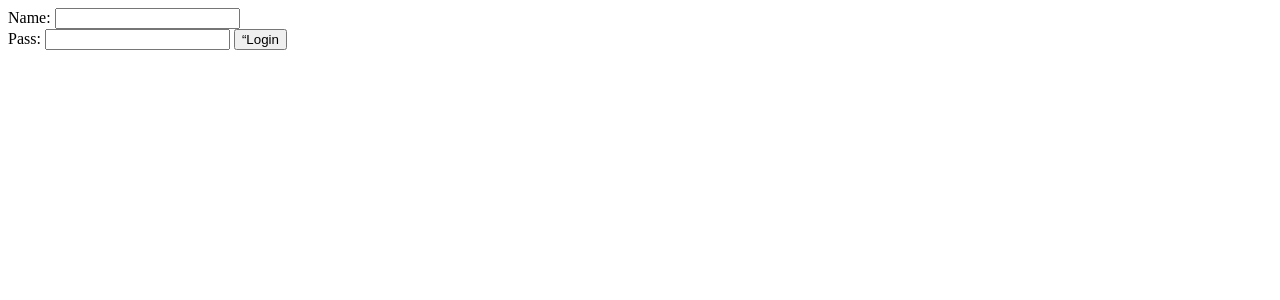
Repository: 1105trxc/LapTrinhWeb-2526
Page: HelloWorld/src/main/webapp/Login.html
An editor plug-in stored every save of this project. The page is shown before and after the next save, followed by the edit.
The browser window is 1280 px wide. The pictures show the whole page.

Above is the page before, as saved 2025-08-20 07:32:19.

After the next save:
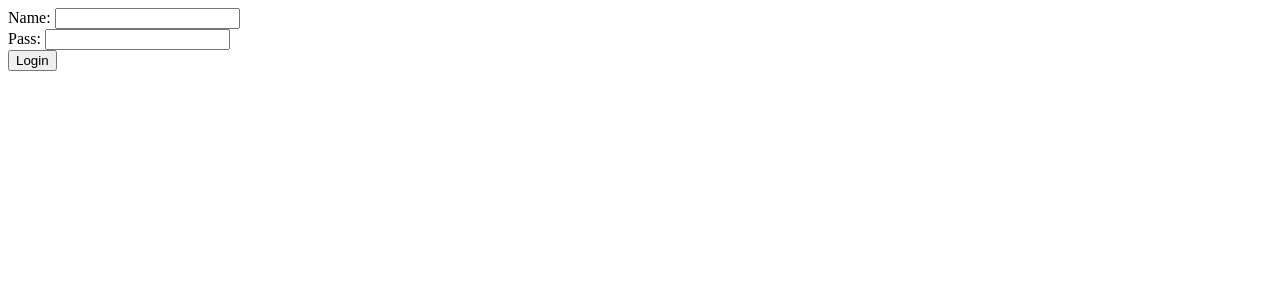
Saved 8 min 38 s later.
--- a/HelloWorld/src/main/webapp/Login.html
+++ b/HelloWorld/src/main/webapp/Login.html
@@ -2,12 +2,13 @@
 <html>
 <head>
 <meta charset="UTF-8">
-<title>Insert title here</title>
+<title>Login Page</title>
 </head>
 <body>
-	<form action=“login " method=“Post">
-		Name: <input type="text" name="username "> <br /> Pass: <input
-			type="password" name="password" /> <input type="submit" value=“Login " />
-	</form>
+    <form action="login" method="post">
+        Name: <input type="text" name="username"><br/>
+        Pass: <input type="password" name="password"><br/>
+        <input type="submit" value="Login">
+    </form>
 </body>
 </html>
